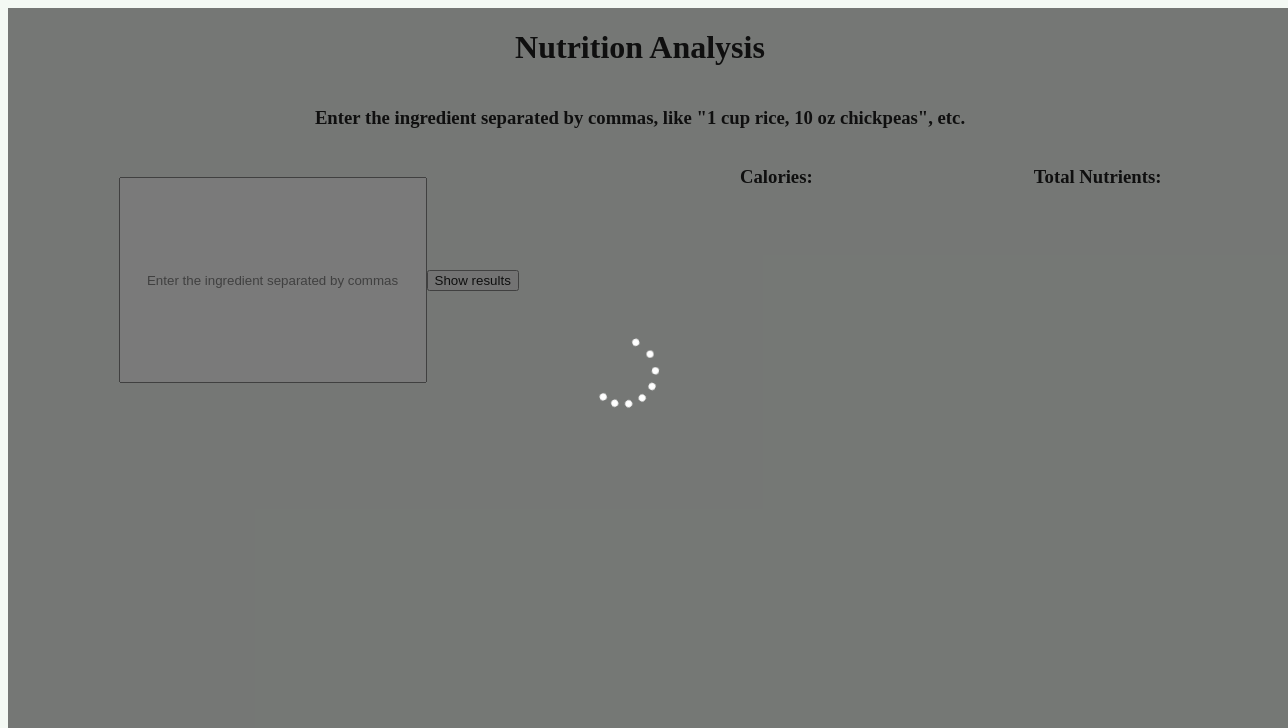
Repository: asya-aisa/nutrition-app
Page: /
These files come from the project's save history. The page is drawn as it stood at one moment and after a run of saves; the edit follows.
The browser window is 1280 px wide. The page is 1288 px wide, so the pictures cover 1288 px, including what lies to the right of the window. The pictures show the whole page.
The page's requests for data from a server got no answer. The project was rebuilt for these pictures with package versions that can differ from the ones it lists, and the page was loaded fresh each time. No one was signed in, and anything a server would have sent is missing. Also part of the build but not shown: src/MyComponent.js.

Above is the page before, as saved 2023-09-25 20:54:20.

After the next 2 saves:
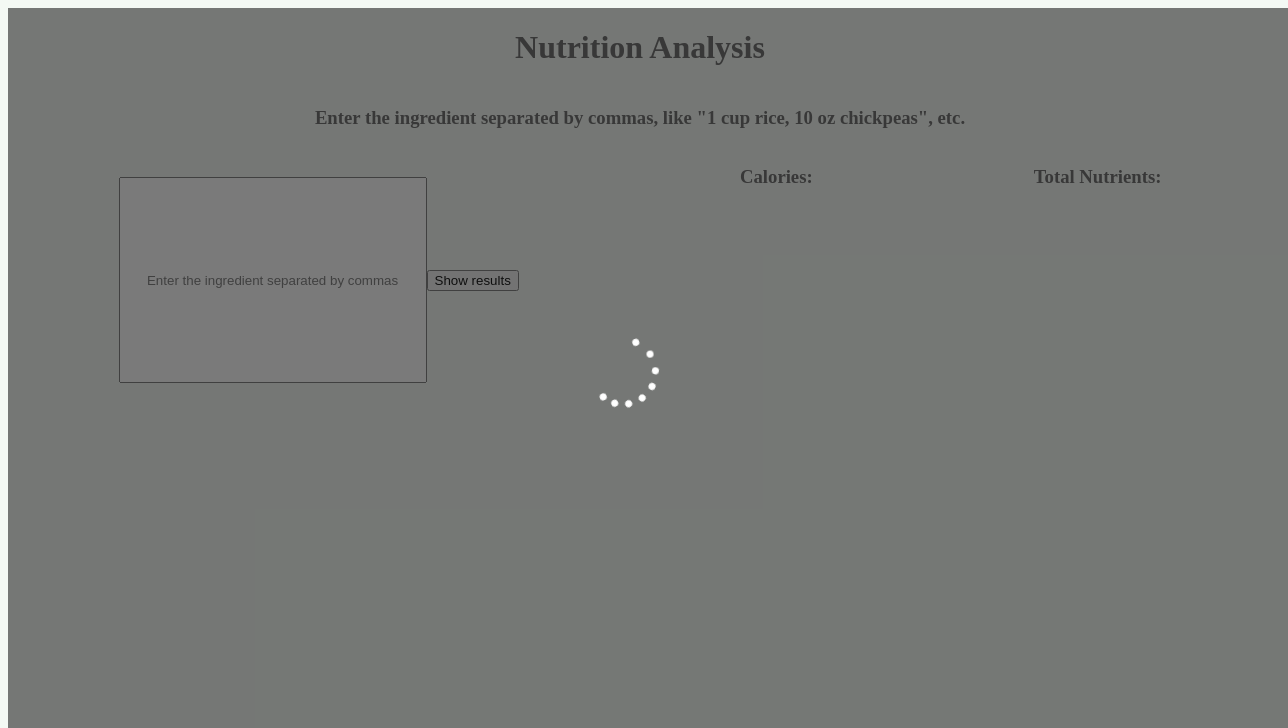
The 2 saves are shown as one change because they came seconds apart.
The last was saved 19 s later.
--- a/src/App.css
+++ b/src/App.css
@@ -1,5 +1,6 @@
 body {
   background-color: #F4F9F4;
+  color: #616161;
 }
 .App {
   display: flex;
